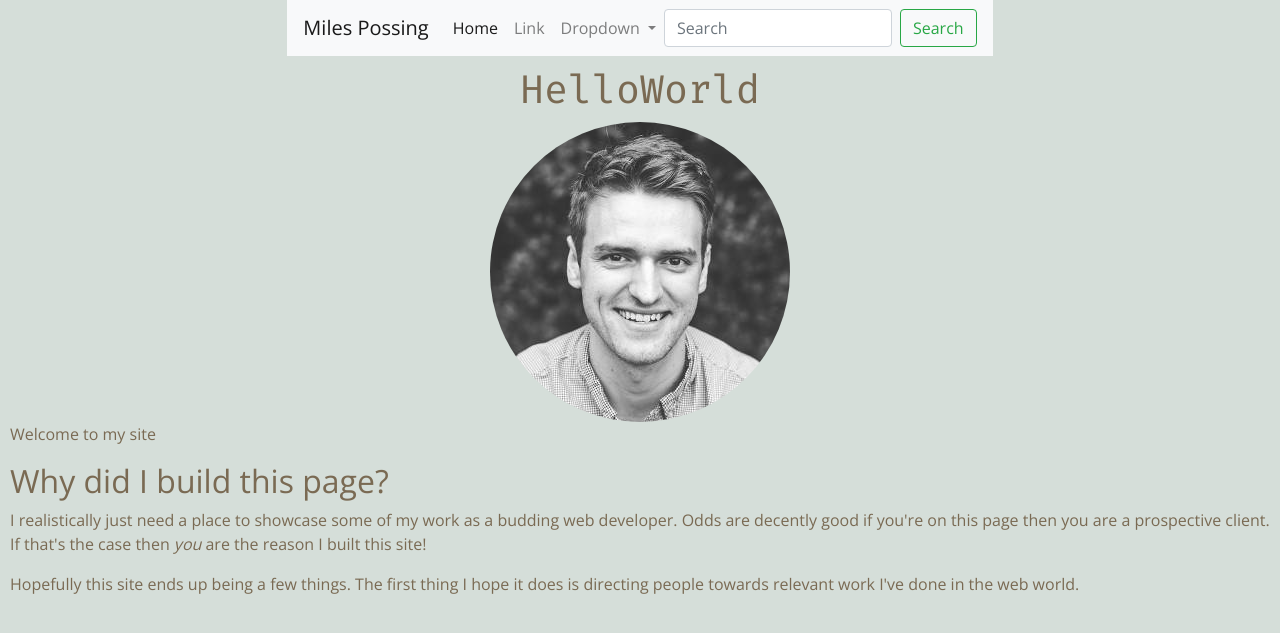
Repository: milespossing/Personal-Page
Page: index.html
An editor plug-in stored every save of this project. The page is shown before and after the next save, followed by the edit.
The browser window is 1280 px wide. The pictures show the whole page.

Above is the page before, as saved 2019-09-25 07:11:36.

After the next save:
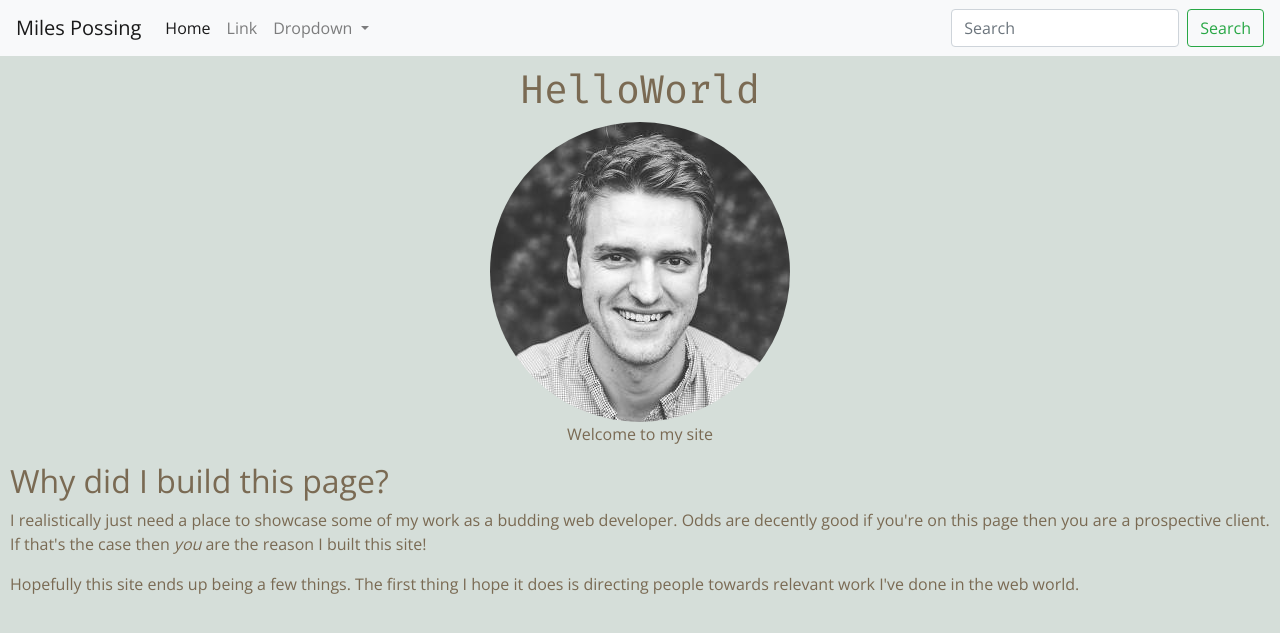
Saved 28 s later.
--- a/Styles/style.css
+++ b/Styles/style.css
@@ -7,10 +7,7 @@
  */
 
 body {
-    display: flex;
-    flex-direction: column;
-    align-content: center;
-    align-items: center;
+
     background: #D5DED9;
     color: #7A6A53;
     font-family: 'Open Sans', sans-serif;
@@ -21,6 +18,10 @@ body {
 }
 
 .body-content {
+    display: flex;
+    flex-direction: column;
+    align-content: center;
+    align-items: center;
     padding: 10px;
 }
 
